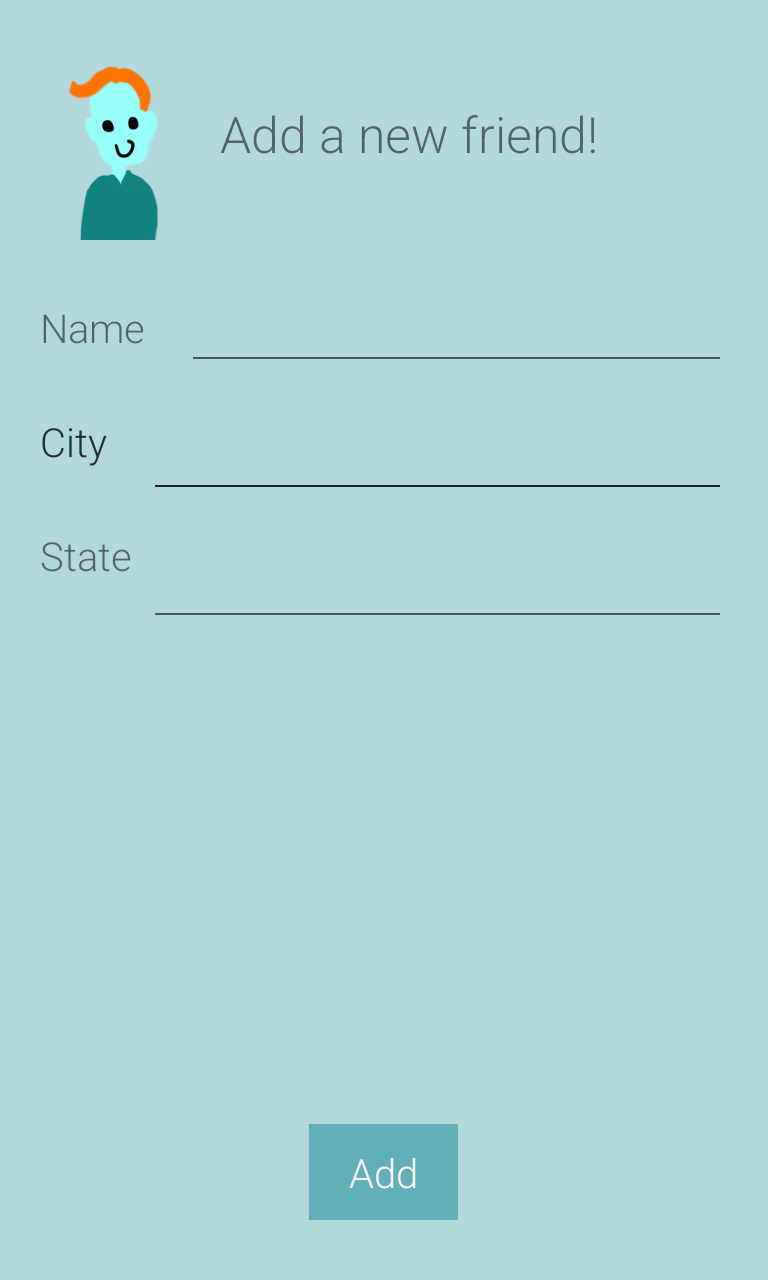
Repository: hinasakazaki/WeatherWithFriends
Layout: WeatherWithFriends/res/layout/add_fragment.xml
An editor plug-in stored every save of this project. The layout is shown before and after the next save, followed by the edit.
It is drawn on a 768 x 1280 px phone screen (xhdpi) without system bars, with theme AppTheme; the app's code is not run.

Above is the layout before, as saved 2014-06-10 22:01:12.

### WeatherWithFriends/res/layout/add_fragment.xml
<?xml version="1.0" encoding="utf-8"?>
<RelativeLayout xmlns:android="http://schemas.android.com/apk/res/android"
    android:layout_width="match_parent"
    android:layout_height="match_parent"
    android:orientation="vertical"
    android:background="#b3d8dc" >

    <!-- first row -->
	   <ImageView android:id="@+id/icon"
        android:layout_width="100dp"
        android:layout_height="100dp"
        android:layout_alignParentTop="true"
        android:layout_marginTop="20dp"
        android:layout_marginLeft="10dp"
        android:src="@drawable/mike"
        />
	   <TextView
    	    android:id="@+id/title"
    	    android:layout_width="wrap_content"
    	    android:layout_height="wrap_content"
    	    android:layout_toRightOf="@+id/icon"
    	    android:text="Add a new friend!"
    	    android:textSize="25dp"
    	    android:layout_marginTop="50dp"/>

	<!--  second row -->

	   <TextView
    	    android:id="@+id/Name"
    	    android:layout_width="wrap_content"
    	    android:layout_height="wrap_content"
    	    android:layout_alignParentLeft="true"
    	    android:layout_below="@id/icon"
    	    android:textSize="20dp"
    	    android:text="Name"
    	    android:layout_marginTop="30dp"
    	    android:layout_marginLeft="20dp"
    	   />
	   <EditText
	       android:id="@+id/nameEdit"
	        android:layout_width="wrap_content"
    	    android:layout_height="wrap_content"
    	    android:layout_alignParentRight="true"
    	    android:layout_toRightOf="@id/Name"
    	    android:layout_below="@id/title"
    	    android:textSize="20dp"
    	    android:layout_marginTop="60dp"
    	    android:layout_marginLeft="20dp"
    	     android:layout_marginRight="20dp"
    	    />

	 <!-- third row -->

	   <TextView
    	    android:id="@+id/city"
    	    android:layout_width="wrap_content"
    	    android:layout_height="wrap_content"
    	    android:layout_alignParentLeft="true"
    	    android:layout_below="@id/Name"
    	    android:textSize="20dp"
    	    android:text="City"
    	    android:layout_marginTop="30dp"
    	    android:layout_marginLeft="20dp"/>

	   <EditText
	       android:id="@+id/cityEdit"
	        android:layout_width="wrap_content"
    	    android:layout_height="wrap_content"
    	    android:layout_alignParentRight="true"
    	    android:layout_toRightOf="@id/city"
    	    android:layout_below="@id/nameEdit"
    	     android:textSize="20dp"
    	     android:layout_marginTop="20dp"
    	     android:layout_marginLeft="20dp"
    	      android:layout_marginRight="20dp"
    	    />

	  <!-- fourth row -->

	   <TextView
    	    android:id="@+id/state"
    	    android:layout_width="wrap_content"
    	    android:layout_height="wrap_content"
    	    android:layout_alignParentLeft="true"
    	    android:layout_below="@id/city"
    	    android:textSize="20dp"
    	    android:text="State"
    	    android:layout_marginTop="30dp"
    	    android:layout_marginLeft="20dp"/>

	   <EditText
	       android:id="@+id/stateEdit"
	        android:layout_width="wrap_content"
    	    android:layout_height="wrap_content"
    	    android:layout_alignParentRight="true"
    	    android:layout_toRightOf="@id/city"
    	    android:layout_below="@id/cityEdit"
    	     android:textSize="20dp"
    	     android:layout_marginTop="20dp"
    	     android:layout_marginLeft="20dp"
    	      android:layout_marginRight="20dp"
    	    />

	   <!-- fifth row -->

	    <TextView
    	    android:id="@+id/country"
    	    android:layout_width="wrap_content"
    	    android:layout_height="wrap_content"
    	    android:layout_alignParentLeft="true"
    	    android:layout_below="@id/Name"
    	    android:textSize="20dp"
    	    android:text="City"
    	    android:layout_marginTop="30dp"
    	    android:layout_marginLeft="20dp"/>

	   <EditText
	       android:id="@+id/cityEdit"
	        android:layout_width="wrap_content"
    	    android:layout_height="wrap_content"
    	    android:layout_alignParentRight="true"
    	    android:layout_toRightOf="@id/city"
    	    android:layout_below="@id/nameEdit"
    	     android:textSize="20dp"
    	     android:layout_marginTop="20dp"
    	     android:layout_marginLeft="20dp"
    	      android:layout_marginRight="20dp"
    	    />

    	<Button
            android:id="@+id/addButton"
            android:layout_height="wrap_content"
            android:layout_width="wrap_content"
            android:text="Add"
            android:background = "#62afb8"
            android:textSize="20dp"
            android:paddingLeft="20dp"
            android:paddingRight="20dp"
            android:layout_alignParentBottom="true"
            android:layout_marginBottom="30dp"
            android:layout_centerHorizontal="true"
            />



</RelativeLayout>

### WeatherWithFriends/res/values/styles.xml
<resources>

    <!--
        Base application theme, dependent on API level. This theme is replaced
        by AppBaseTheme from res/values-vXX/styles.xml on newer devices.
    -->
      <style name="AppBaseTheme" parent="android:Theme.Light">
        <!--
            Theme customizations available in newer API levels can go in
            res/values-vXX/styles.xml, while customizations related to
            backward-compatibility can go here.
        -->
    </style>

    <!-- Application theme. -->
    <style name="AppTheme" parent="AppBaseTheme">
        <item name="android:textViewStyle">@style/RobotoTextViewStyle</item>
   		<item name="android:buttonStyle">@style/RobotoButtonStyle</item>
        <!-- All customizations that are NOT specific to a particular API-level can go here. -->
    </style>

    <style name="RobotoTextViewStyle" parent="android:Widget.TextView">
    	<item name="android:fontFamily">sans-serif-light</item>
	</style>

	<style name="RobotoButtonStyle" parent="android:Widget.Holo.Button">
    	<item name="android:fontFamily">sans-serif-light</item>
	</style>
</resources>

Loaded but not shown: WeatherWithFriends/res/values-v11/styles.xml (common file); WeatherWithFriends/res/values-v14/styles.xml (common file)

After the next save:
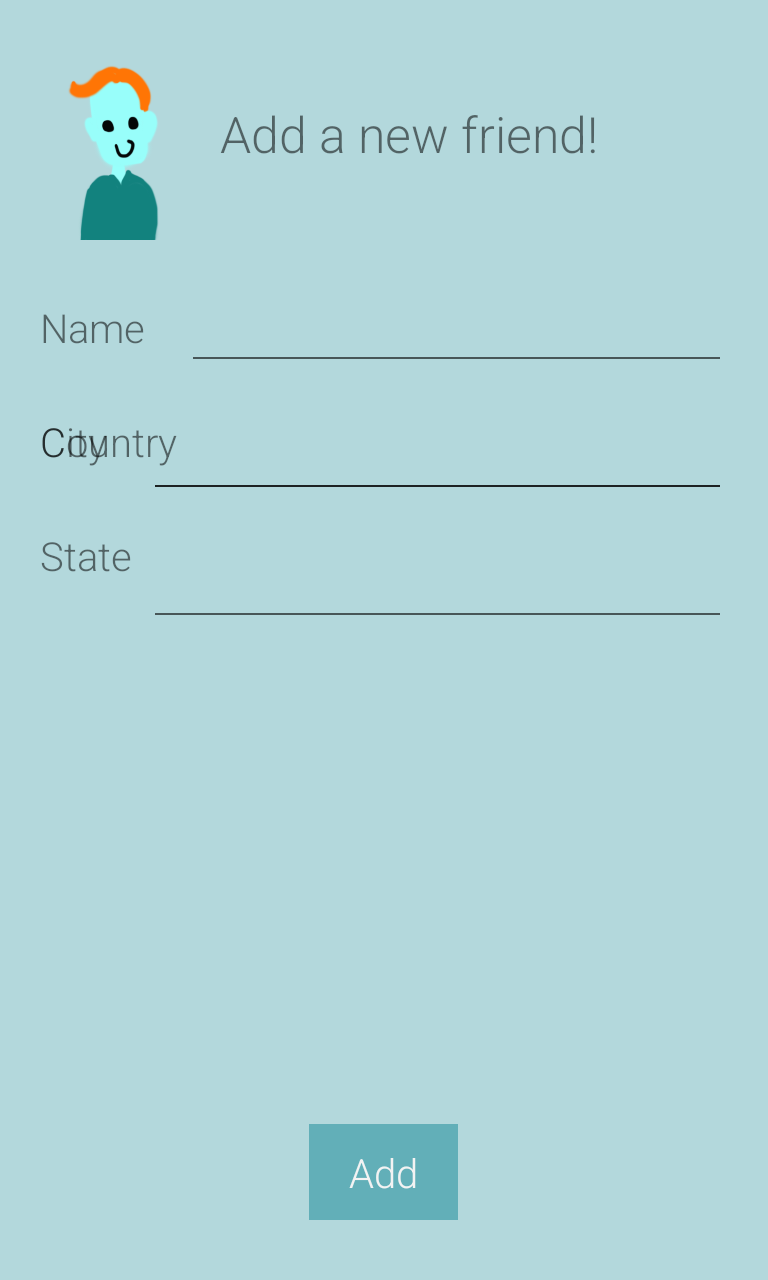
Saved 4 s later.
--- a/WeatherWithFriends/res/layout/add_fragment.xml
+++ b/WeatherWithFriends/res/layout/add_fragment.xml
@@ -110,7 +110,7 @@
     	    android:layout_alignParentLeft="true"
     	    android:layout_below="@id/Name"
     	    android:textSize="20dp"
-    	    android:text="City"
+    	    android:text="Country"
     	    android:layout_marginTop="30dp"
     	    android:layout_marginLeft="20dp"/>
 
